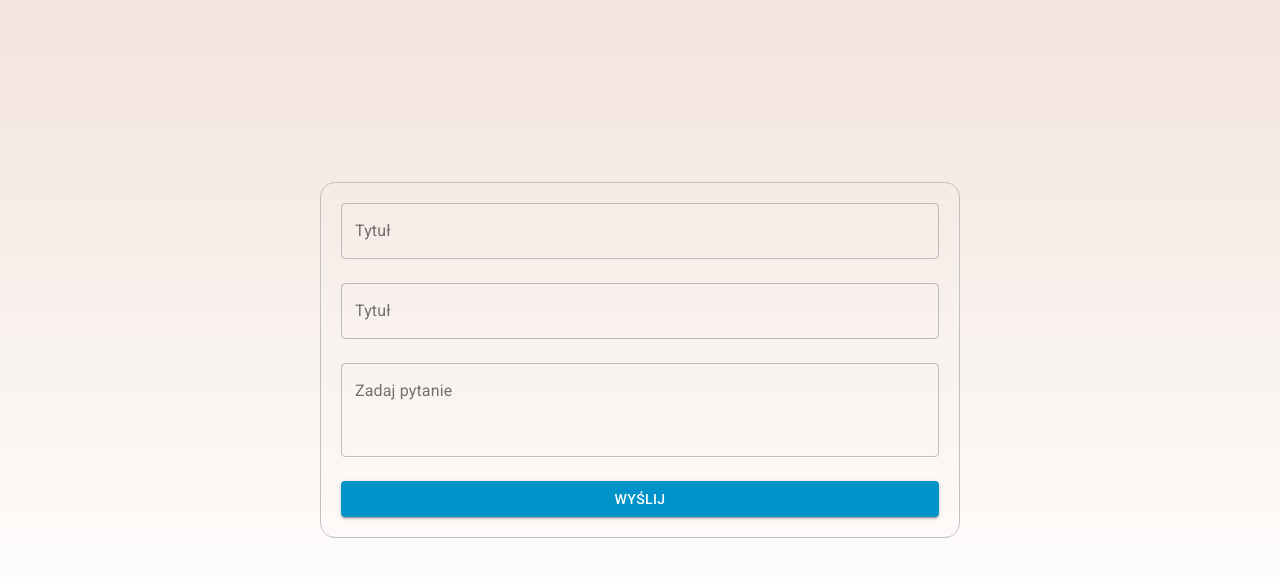
Repository: piotr-bocian/Projekt-5
Page: /
The author's editor kept a copy of each file at every save. The page is drawn from the files as they stood at one save, then again after a run of saves.
The browser window is 1280 px wide. The pictures show the whole page.
The project was rebuilt for these pictures with package versions that can differ from the ones it lists, and the page was loaded fresh each time.

Above is the page before, as saved 2021-03-22 18:01:24.

After the next 11 saves:
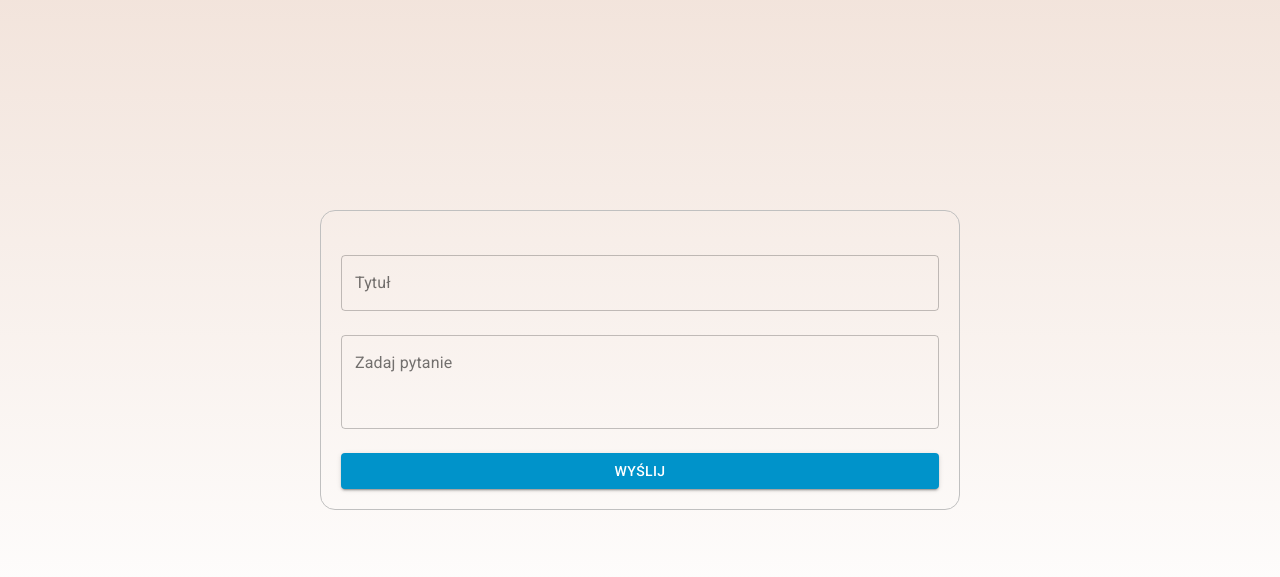
The 11 saves are shown as one change because they came seconds apart.
The last was saved 40 s later.
--- a/src/components/Organisms/AdotpionForm/AdotpionForm.js
+++ b/src/components/Organisms/AdotpionForm/AdotpionForm.js
@@ -26,12 +26,7 @@ const AdotpionForm = () => {
         <form className="form" onSubmit={sendForm}>
             <Grid container spacing={3}>
                 <Grid item xs={12} sm={12} md={12}>
-                    <TextField
-                        variant="outlined"
-                        label="Tytuł" value={title}
-                        onChange={(e) => setTitle(e.target.value)}
-                        fullWidth
-                    />
+                    <Typography variant="h2" ></Typography>
                 </Grid>
                 <Grid item xs={12} sm={12} md={12}>
                     <TextField
